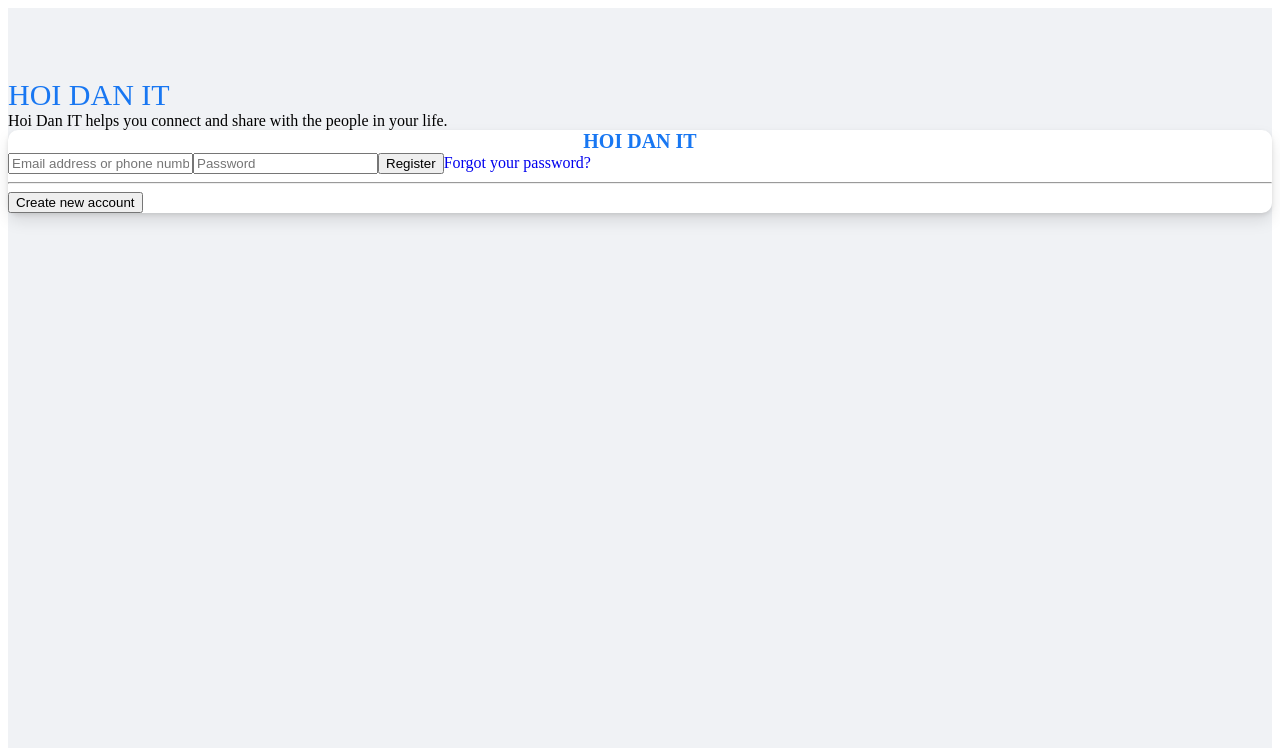
Repository: minhtien9/jwt_Reactjs_Frontend
Page: /register
The author's editor kept a copy of each file at every save. The page is drawn from the files as they stood at one save, then again after the next save.
The browser window is 1280 px wide. The pictures show the whole page.
The project was rebuilt for these pictures with package versions that can differ from the ones it lists, and the page was loaded fresh each time. Also part of the build but not shown: src/App.scss, src/components/Navigation/Nav.scss, src/components/Navigation/Nav.js, src/components/Login/Login.scss, src/components/Login/Login.js.

Above is the page before, as saved 2022-05-23 11:16:56.

After the next save:
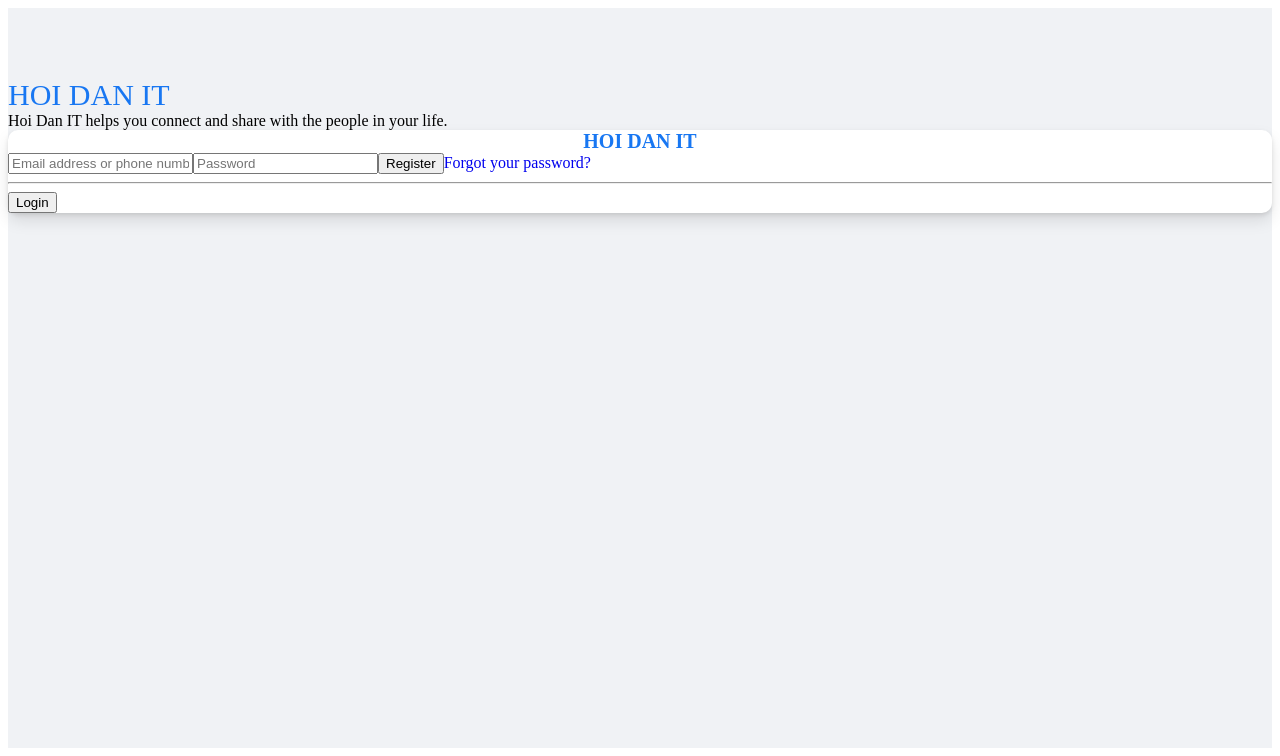
Saved 6 min 54 s later.
--- a/src/components/Register/Register.js
+++ b/src/components/Register/Register.js
@@ -42,7 +42,7 @@ const Register = (props) => {
                                 className='btn btn-success'
                                 onClick={() => handleRegister()}
                             >
-                                Create new account
+                                Login
                             </button>
                         </div>
                     </div>
